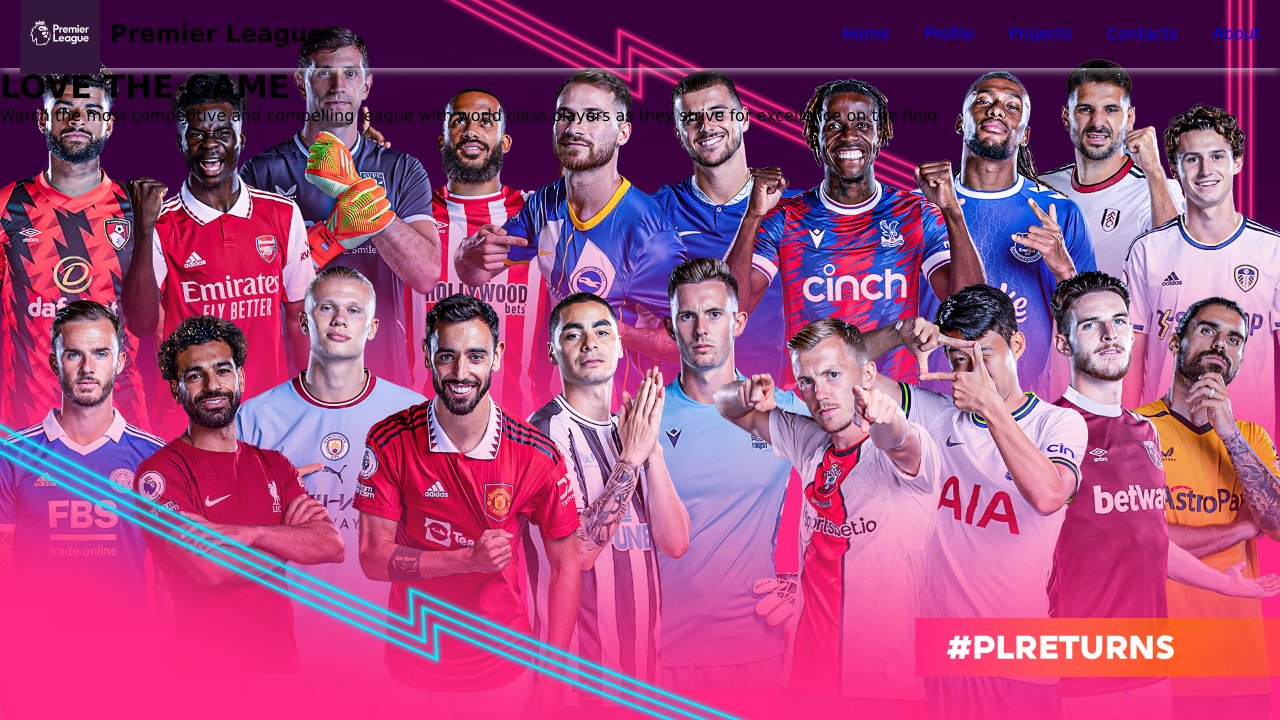
Repository: ogaziesam/simple-landing-page
Page: index.html
These files come from the project's save history. The page is drawn as it stood at one moment and after a run of saves; the edit follows.
The browser window is 1280 px wide. The pictures show the whole page.

Above is the page before, as saved 2023-08-12 00:41:27.

### index.html
<!DOCTYPE html>
<html lang="en">
<head>
    <meta charset="UTF-8">
    <meta name="viewport" content="width=device-width, initial-scale=1.0">
    <title>Landing Page</title>
    <link rel="stylesheet" href="/resources/css/style.css"/>
</head>
<body>
    <nav>
        <div class="heading">
            <img src="/resources/images/premier-league-logo-64B77E2F2E-seeklogo.com.png"
            alt="Logo Image"/>
            <h2 class ="nav_heading">Premier League</h2>
        </div>
        <ul>
            <li><a href="Home">Home</a></li>
            <li><a href="Profile">Profile</a></li>
            <li><a href="Projects">Projects</a></li>
            <li><a href="Contacts">Contacts</a></li>
            <li><a href="About">About</a></li>
        </ul>
    </nav>
    <main>
        <div class="content">
            <h1>LOVE THE GAME</h1>
            <P>Watch the most competitive and compelling league with world class players as they strive for excellence on the field</P>

        </div>
    </main>

</body>
</html>

### resources/css/style.css
* {
    padding: 0;
    margin: 0;
    font-family: Verdana, Geneva, Tahoma, sans-serif;
}

.logo {
    width:80px;
    height: 80px;
}

body {
    background-image: url(/resources/images/321105434_883868013027395_2576485099436938498_n.jpg);
    background-size: cover;
    background-repeat: no-repeat;
}

nav {
    display:flex;
    align-items: center;
    justify-content: space-between;
    padding: 5px 20px;
    height: 8vh;
    box-shadow: 0 0 10px white;
}

.heading {
    display: flex;
    align-items: center;
    gap: 10px;
}

ul {
    display: flex;
    align-items: center;
    gap: 35px;
}

li {
    list-style: none;
}

a {
    text-decoration: none;
    font-weight: 500;
}

a:hover {
    text-decoration: underline;
}

main {
    display: flex;
    align-items: ;
}

After the next 5 saves:
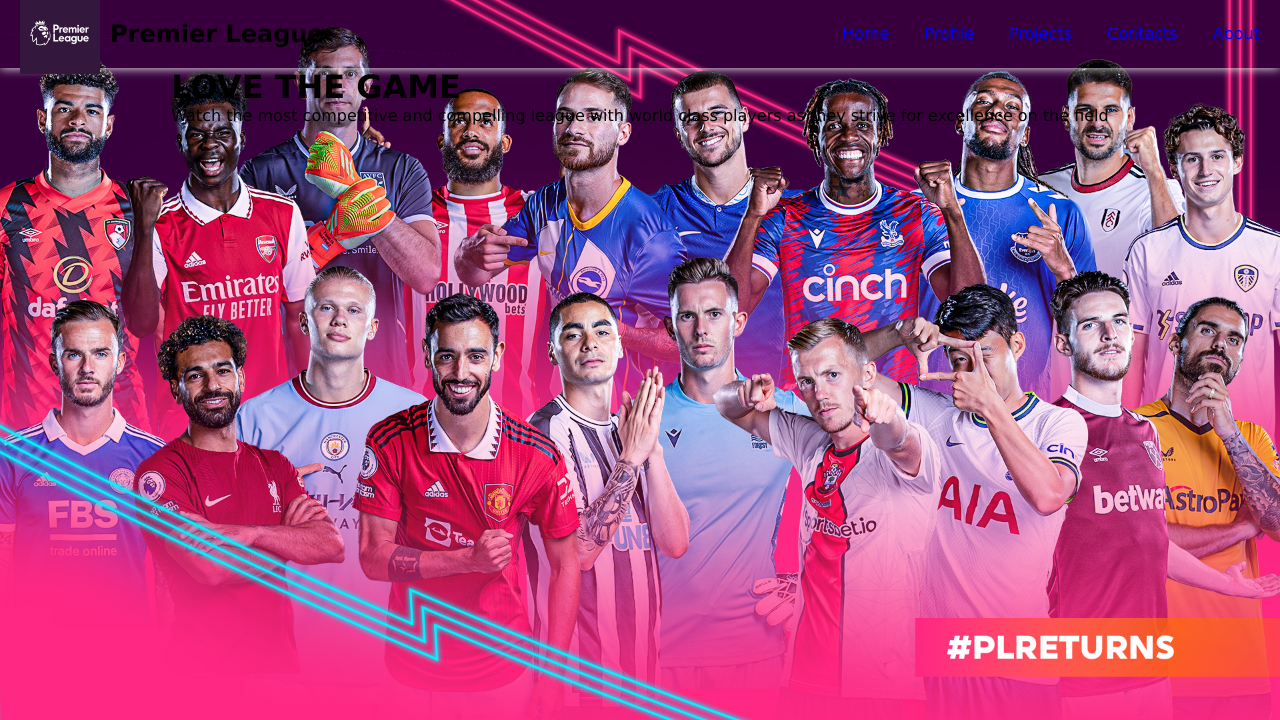
The 5 saves are shown as one change because they came seconds apart.
The last was saved 12 s later.
--- a/resources/css/style.css
+++ b/resources/css/style.css
@@ -51,5 +51,6 @@
 
 main {
     display: flex;
-    align-items: ;
+    align-items: center;
+    justify-content: center;
 }
